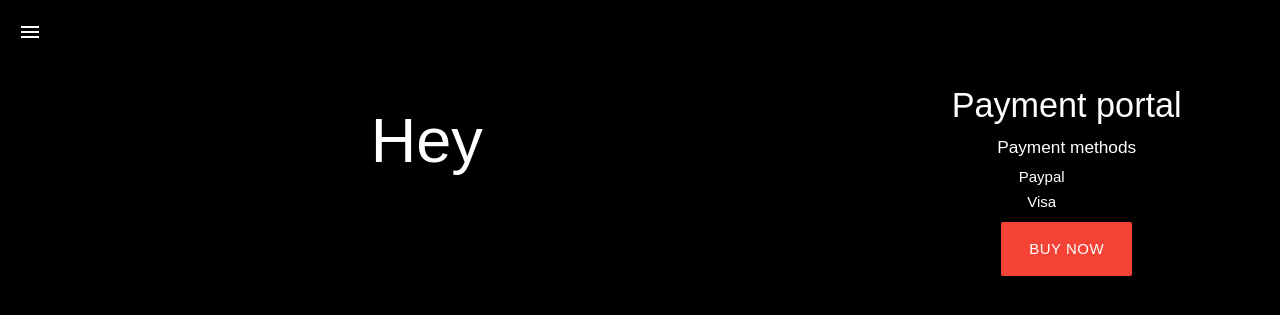
Repository: Ajtheult/final-project
Page: /cart
These files come from the project's save history. The page is drawn as it stood at one moment and after the next save; the edit follows.
The browser window is 1280 px wide. The pictures show the whole page.
Some web fonts or font styles are not loaded; a fallback is used. Some web libraries are served in a nearby version. The project was rebuilt for these pictures with package versions that can differ from the ones it lists, and the page was loaded fresh each time. Also part of the build but not shown: src/layout/pages/LandingPage.js, src/layout/pages/About.js, src/layout/pages/catalogue/Keys.js, src/layout/pages/catalogue/String.js, src/layout/pages/catalogue/Woodwind.js, src/layout/pages/catalogue/Percussion.js, src/layout/pages/login/Login.js, src/layout/pages/login/NewSignUp.js.

Above is the page before, as saved 2020-07-23 10:42:05.

### public/index.html
<!DOCTYPE html>
<html lang="en">
  <head>
    <meta charset="utf-8" />
    <link rel="icon" type="image/png" href="favicon.png" />
    <meta name="viewport" content="width=device-width, initial-scale=1" />
    <meta name="theme-color" content="#000000" />
    <meta
      name="description"
      content="Web site created using create-react-app"
    />

    <link rel="manifest" href="%PUBLIC_URL%/manifest.json" />

    <link
      rel="stylesheet"
      href="https://fonts.googleapis.com/icon?family=Material+Icons"
    />
    <link
      rel="stylesheet"
      href="https://cdnjs.cloudflare.com/ajax/libs/animate.css/4.0.0/animate.min.css"
    />
    <link
      href="https://fonts.googleapis.com/css2?family=Gruppo&family=Qwigley&display=swap"
      rel="stylesheet"
    />

    <title>Ling Ling 40 Hours</title>
  </head>
  <body>
    <noscript>You need to enable JavaScript to run this app.</noscript>
    <div id="root"></div>
  </body>
</html>

### src/index.js
import React from "react";
import ReactDOM from "react-dom";

import "materialize-css/dist/css/materialize.min.css";

import App from "./App";

ReactDOM.render(
  <React.StrictMode>
    <App />
  </React.StrictMode>,
  document.getElementById("root")
);

### src/App.js
import React from "react";
import "./App.css";
import Navbar from "./layout/nav/Navbar";
import LandingPage from "./layout/pages/LandingPage";
import About from "./layout/pages/About";
import Keys from "./layout/pages/catalogue/Keys";
import String from "./layout/pages/catalogue/String";
import Woodwind from "./layout/pages/catalogue/Woodwind";
import Percussion from "./layout/pages/catalogue/Percussion";
import Login from "./layout/pages/login/Login";
import Cart from "./layout/pages/Cart";
import NewSignUp from "./layout/pages/login/NewSignUp";

import { BrowserRouter as Router, Switch, Route } from "react-router-dom";

function App() {
  return (
    <Router>
      <div className="App">
        <Navbar />
        <Switch>
          <Route path="/" exact component={LandingPage} />
          <Route path="/about" component={About} />
          <Route path="/login" component={Login} />
          <Route path="/cart" component={Cart} />
          <Route path="/keys" component={Keys} />
          <Route path="/string" component={String} />
          <Route path="/woodwind" component={Woodwind} />
          <Route path="/percussion" component={Percussion} />
          <Route path="/new-sign-up" component={NewSignUp} />
        </Switch>
      </div>
    </Router>
  );
}

export default App;

### src/App.css
.App {
  text-align: center;
}

/* The text colour is white thats why its not showing */

.text-nav {
  margin-left: 55%;
  font-size: 25px;
}

.a-text-nav {
  font-size: 25px;
}

.size {
  font-size: 30px;
}

img.bg {
  /* Set rules to fill background */
  min-height: 100%;
  min-width: 1024px;

  /* Set up proportionate scaling */
  width: 100%;
  height: auto;

  /* Set up positioning */
  position: fixed;
  top: 0;
  left: 0;
  z-index: -1;
}

div.admin-bg {
  /* Set rules to fill background */
  min-height: 100%;
  min-width: 1024px;

  /* Set up proportionate scaling */
  width: 100%;
  height: auto;

  /* Set up positioning */
  position: fixed;
  top: 0;
  left: 0;
  z-index: -1;
  background-color: black;
}

@media screen and (max-width: 1024px) {
  /* Specific to this particular image */
  img.bg {
    left: 50%;
    margin-left: -512px; /* 50% */
  }

  div.admin-bg {
    left: 50%;
    margin-left: -512px; /* 50% */
  }
}

h1,
h2,
h3,
h4,
h5,
h6,
p {
  color: white;
}

.myback {
  height: 220px;
  width: 300px;
}

.centered {
  position: absolute;
  top: 40%;
  left: 50%;
  transform: translate(-50%, -50%);
  font-size: 140px;
  font-family: "Qwigley", cursive;
  color: rgb(255, 255, 255);
}
/* Login-Start */
body {
  font-family: sans-serif;
  background-color: black;
  background-size: cover;
}

.sign {
  text-align: left;
  margin-left: 20px;
  font-size: 22px;
  font-family: serif;
  color: black;
}
.my_login-box {
  width: 300px;
  position: absolute;
  top: 50%;
  left: 50%;
  transform: translate(-50%, -50%);
}

.my_login-box h1 {
  font-size: 30px;
  margin-bottom: 30px;
  padding: 5px;
  font-family: Times, serif;
  color: black;
}

.my_textbox {
  width: 100%;
  overflow: hidden;
  font-size: 20px;
  padding: 8px;
  margin: 8px;
}

.my_textbox input {
  border: none;
  outline: none;
  background: none;
  color: white;
  font-size: 18px;
  width: 80%;
  float: left;
  margin: 0 10px;
}

.my_btn {
  width: 100%;
  background-color: black;
  border: 10px solid black;
  color: rgb(255, 255, 255);
  padding: 5px;
  font-size: 18px;
  cursor: pointer;
  margin: 12px;
}
/* Login-End */

.colour_of_about_text {
  color: white;
  font-size: 30px;
}

.text-colour {
  color: black;
}

.move_down {
  margin-top: 50%;
}

.card_text_colour {
  color: black;
  font-size: 18px;
  text-align: left;
}

.price {
  margin-top: -10px;
  text-align: left;
}

.cart-btn {
  margin-top: 10px;
}

.headings_popup {
  text-align: left;
}

.instrument_sections {
  color: black;
  font-family: "Qwigley", cursive;
  font-size: 80px;
  margin-top: -5px;
  text-shadow: 2px 0 0 #fff, -2px 0 0 #fff, 0 2px 0 #fff, 0 -2px 0 #fff,
    1px 1px #fff, -1px -1px 0 #fff, 1px -1px 0 #fff, -1px 1px 0 #fff;
}

.about {
  font-family: "Qwigley", cursive;
  font-size: 180px;
  color: black;
  text-shadow: 2px 0 0 #fff, -2px 0 0 #fff, 0 2px 0 #fff, 0 -2px 0 #fff,
    1px 1px #fff, -1px -1px 0 #fff, 1px -1px 0 #fff, -1px 1px 0 #fff;
}

.questions {
  font-family: "Gruppo", cursive;
}

.move_this_up {
  margin-top: -10px;
}

.move_my_products {
  margin-top: -70px;
}

.about_us_move {
  margin-left: 50%;
  margin-top: 19%;
  position: absolute;
  padding: 20px;
  transform: translate(-50%, -50%);
}

.gender_colour {
  color: black;
}

.the_container {
  width: 50%;
}

.move_this_row {
  margin-top: -80px;
}

.sign_up_head {
  font-family: "Qwigley", cursive;
  font-size: 100px;
  color: black;
  text-shadow: 2px 0 0 #fff, -2px 0 0 #fff, 0 2px 0 #fff, 0 -2px 0 #fff,
    1px 1px #fff, -1px -1px 0 #fff, 1px -1px 0 #fff, -1px 1px 0 #fff;
}

.move_payment_up {
  line-height: 10px;
  margin-right: 50px;
}

### src/layout/nav/Navbar.js
/* eslint-disable jsx-a11y/anchor-is-valid */
import React, { Component } from "react";
import M from "materialize-css/dist/js/materialize.min.js";
import "../../App.css";
import logo from "./logo.jpg";
import mybackground from "./mybackground.jpg";
import { Link } from "react-router-dom";

export class Navbar extends Component {
  componentDidMount() {
    document.addEventListener("DOMContentLoaded", function () {
      var elems = document.querySelectorAll(".sidenav");
      // eslint-disable-next-line
      var instances = M.Sidenav.init(elems, {});
    });
  }

  render() {
    return (
      <div>
        <nav>
          <div className="nav-wrapper black">
            <a
              data-target="slide-out"
              className="sidenav-trigger show-on-large"
            >
              <i className="material-icons">menu</i>
            </a>
          </div>
        </nav>
        <ul id="slide-out" className="sidenav">
          <li>
            <div className="user-view">
              <div className="background">
                <img src={mybackground} className="myback" alt="background" />
              </div>
              <a href="/">
                <img className="circle" src={logo} alt="logo" />
              </a>

              <span className="white-text name size">40 hours</span>
              <br />
            </div>
          </li>
          <Link to="/">
            <li>Home</li>
          </Link>
          <Link to="/about">
            <li>About Us</li>
          </Link>
          <li>
            <div className="divider"></div>
          </li>

          <li>
            <div className="subheader">User</div>
          </li>

          <Link to="/login">
            <li>Login</li>
          </Link>
          <Link to="/new-sign-up">
            <li>Sign up</li>
          </Link>

          <Link to="/cart">
            <li>Cart</li>
          </Link>
          <li>
            <div className="divider"></div>
          </li>

          <li>
            <div className="subheader">Catalogue</div>
          </li>

          <Link to="/keys">
            <li>Keys</li>
          </Link>
          <Link to="/string">
            <li>String</li>
          </Link>
          <Link to="/woodwind">
            <li>Woodwind</li>
          </Link>
          <Link to="/percussion">
            <li>Percussion</li>
          </Link>
          <li>
            <div className="divider"></div>
          </li>
          <li>
            <div className="subheader">My Portfolio</div>
          </li>
          <li>
            <a
              className="waves-effect"
              href="https://ajtheult.github.io/portfolio-v3/"
            >
              Asaph Franks
            </a>
          </li>
        </ul>
      </div>
    );
  }
}

export default Navbar;

### src/layout/pages/Cart.js
import React from "react";
import "../../App.css";

const Cart = () => {
  return (
    <div>
      <div class="row">
        <div class="col s8">
          <h1>Hey</h1>
        </div>

        <div class="col s4">
          <h4>Payment portal</h4>
          <h6>Payment methods</h6>
          <p className="move_payment_up">Paypal</p>
          <p className="move_payment_up">Visa</p>
          <a class="waves-effect waves-light btn-large red" href="#h">
            Buy now
          </a>
        </div>
      </div>
    </div>
  );
};

export default Cart;

After the next save:
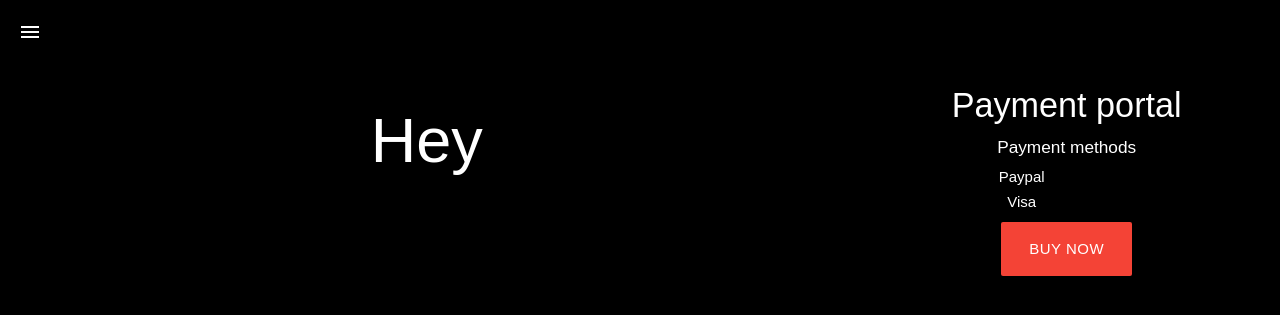
Saved 6 s later.
--- a/src/App.css
+++ b/src/App.css
@@ -239,5 +239,5 @@ body {
 
 .move_payment_up {
   line-height: 10px;
-  margin-right: 50px;
-}
+  margin-right: 90px;
+}
